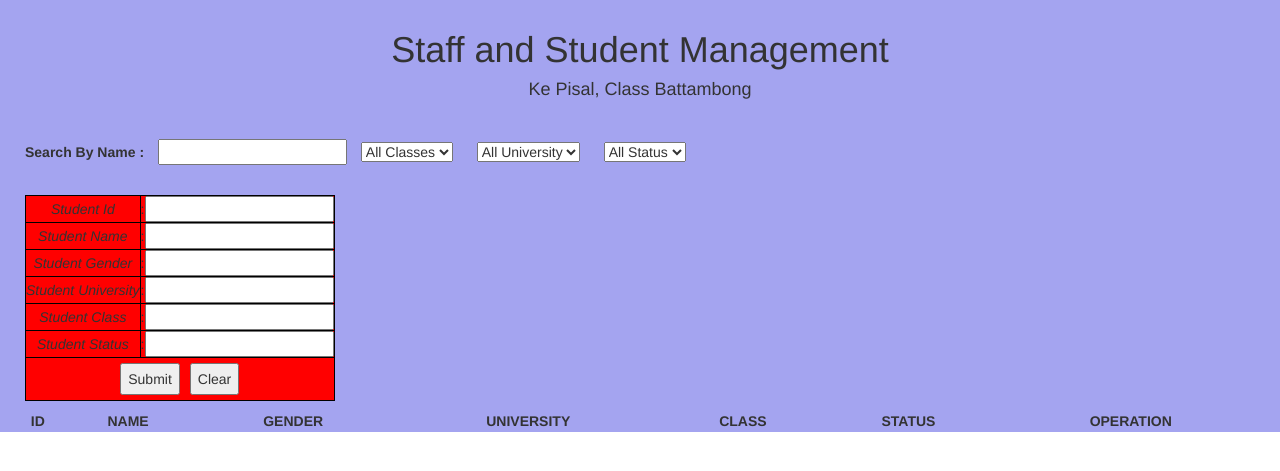
Repository: kepisal/ServletJAVA
Page: http://localhost/AjaxStaffandStudent/
The author's editor kept a copy of each file at every save. The page is drawn from the files as they stood at one save, then again after the next save.
The browser window is 1280 px wide. The pictures show the whole page.
The page is served by Tomcat 9. Queries for data that is not in the repository find no rows.

Above is the page before, as saved 2015-07-10 16:34:36.

After the next save:
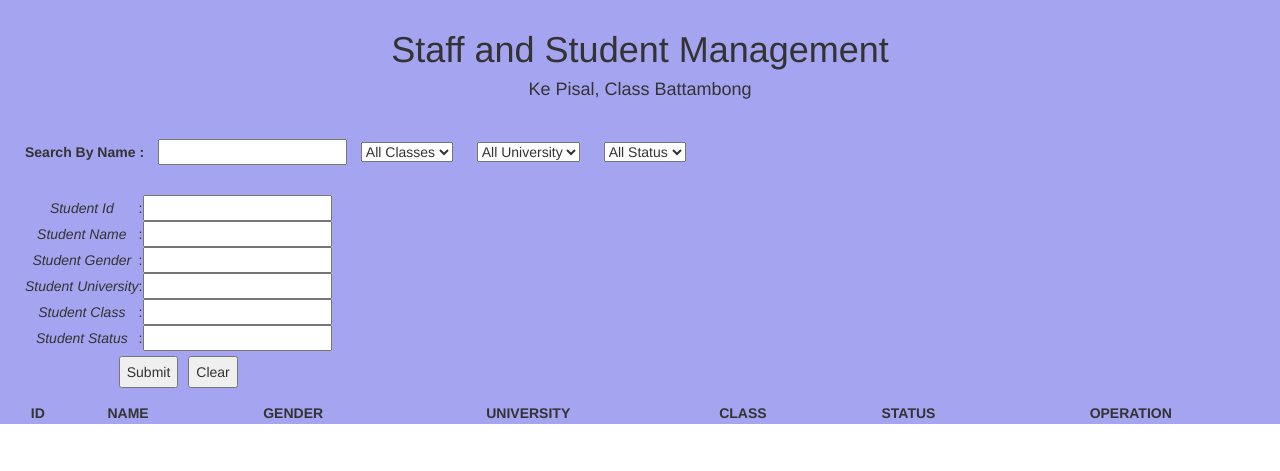
Saved 8 s later.
--- a/AjaxStaffandStudent/WebContent/index.jsp
+++ b/AjaxStaffandStudent/WebContent/index.jsp
@@ -28,7 +28,7 @@ option {
 	height: 23px;
 }
 
-th.mytb, td{
+th.mytb td{
 	background-color:red;
 	border: 1px solid black;
 	border-collapse: collapse;
